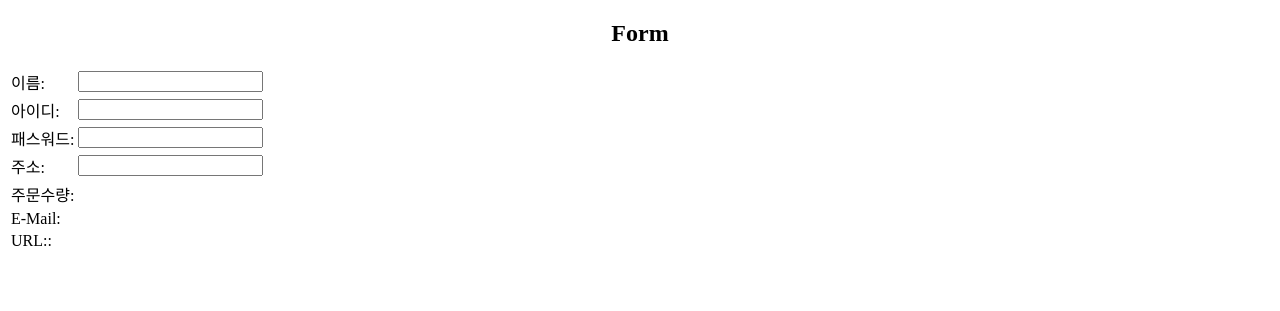
Repository: gyujin91/JSP
Page: web01/src/main/webapp/form.html
The author's editor kept a copy of each file at every save. The page is drawn from the files as they stood at one save, then again after the next save.
The browser window is 1280 px wide. The pictures show the whole page.

Above is the page before, as saved 2022-04-22 05:06:55.

After the next save:
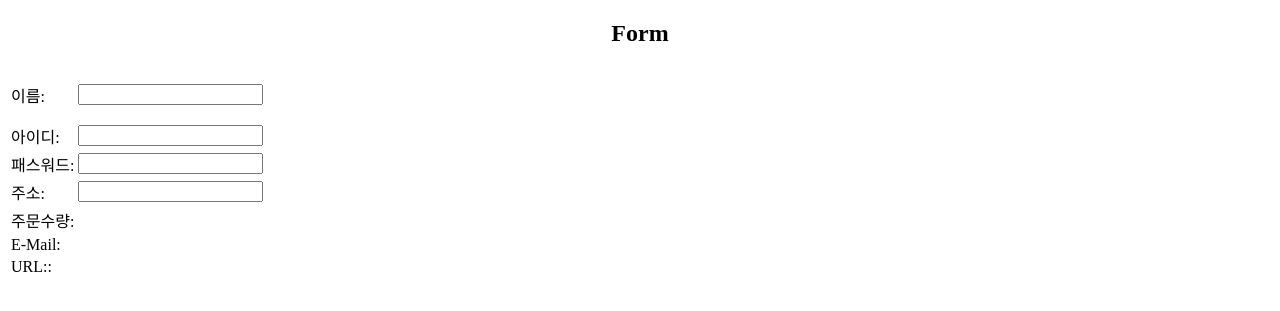
Saved 76 s later.
--- a/web01/src/main/webapp/form.html
+++ b/web01/src/main/webapp/form.html
@@ -14,7 +14,7 @@
 	<form action="loginPro.jsp" method="post" name="twin">
         <table>
             <tr>
-                <td>이름:</td>
+                <td height="50">이름:</td>
                 <td><input type="text" name="name"></td>
             </tr>
             <tr>
